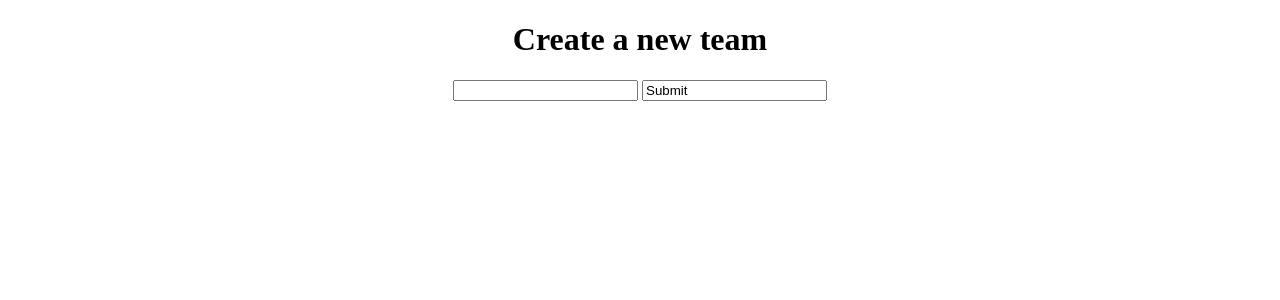
Repository: harshithamagani/Java-Basics
Page: http://localhost/team-roster/team
The author's editor kept a copy of each file at every save. The page is drawn from the files as they stood at one save, then again after the next save.
The browser window is 1280 px wide. The pictures show the whole page.
The page is served by Tomcat 9.

Above is the page before, as saved 2019-11-05 23:38:13.

After the next save:
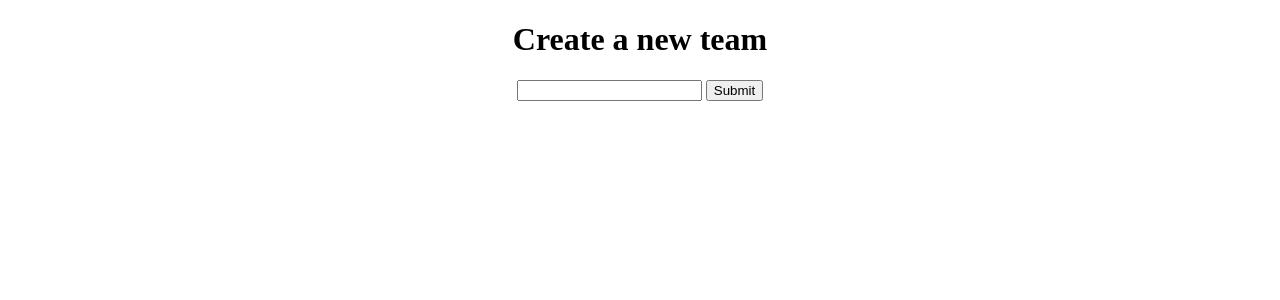
Saved 2 min 4 s later.
--- a/team-roster/WebContent/WEB-INF/createTeamForm.jsp
+++ b/team-roster/WebContent/WEB-INF/createTeamForm.jsp
@@ -16,7 +16,7 @@
 		<h1>Create a new team</h1>
 		<form action="/team-roster/team" method="POST">
 			<input id="team-name" name="team-name" type="text">
-			<input id="submit" name="submit" type="text" value="Submit">
+			<input id="submit" name="submit" type="submit" value="Submit">
 		</form>
 	</div>
 </body>
